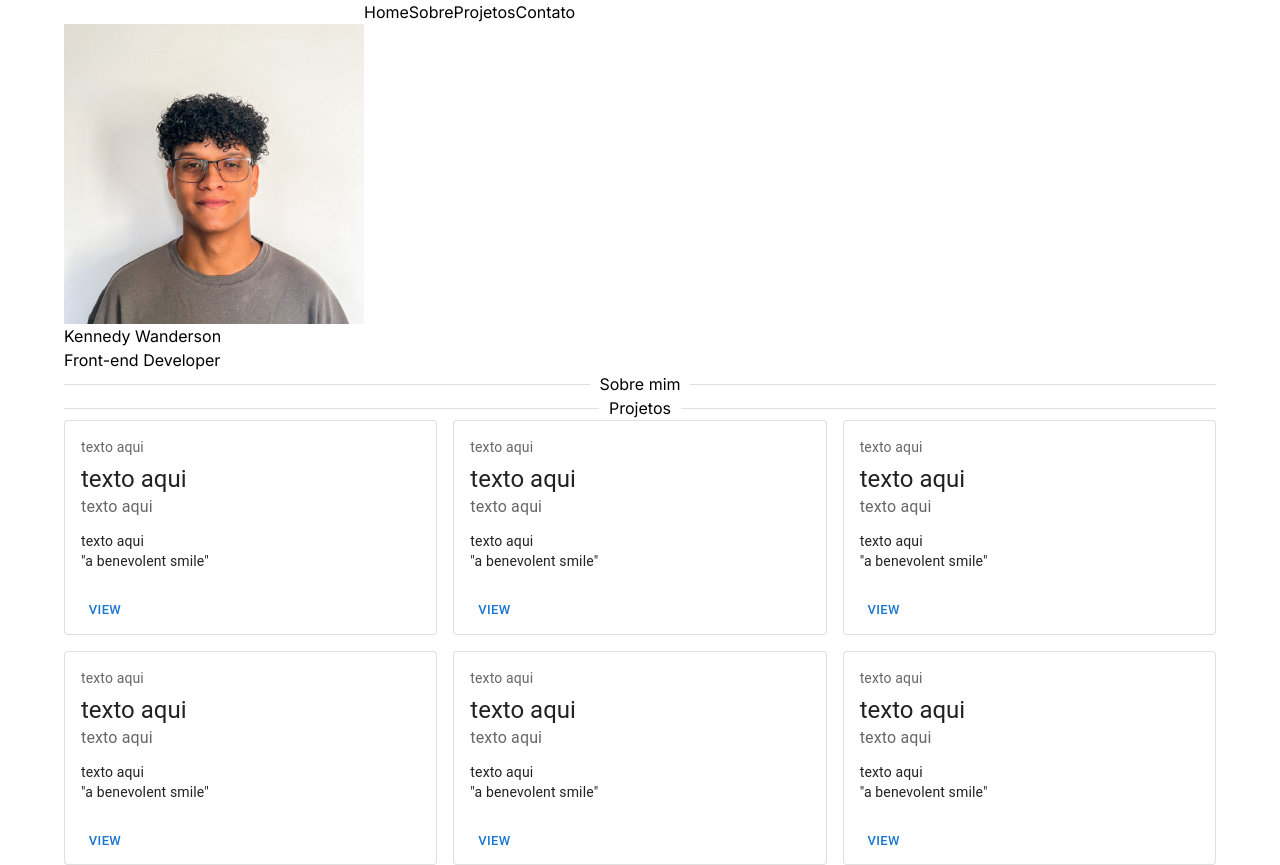
Repository: KennedyWanderson/landing
Page: /
An editor plug-in stored every save of this project. The page is shown before and after the next save, followed by the edit.
The browser window is 1280 px wide. The pictures show the whole page.
The project was rebuilt for these pictures with package versions that can differ from the ones it lists, and the page was loaded fresh each time. The framework's server and built-in components were replaced by stand-ins that run in the browser. Also part of the build but not shown: next.config.js.

Above is the page before, as saved 2024-01-07 10:47:55.

### src/app/page.tsx
import Content from "@/Components/Content";

export default function Home() {
  return (
    <div>
      <Content />
    </div>
  )
}

### src/app/globals.css
@tailwind base;
@tailwind components;
@tailwind utilities;

:root {
  --foreground-rgb: 0, 0, 0;
  --background-start-rgb: 214, 219, 220;
  --background-end-rgb: 255, 255, 255;
}

@media (prefers-color-scheme: dark) {
  :root {
    --foreground-rgb: 255, 255, 255;
    --background-start-rgb: 0, 0, 0;
    --background-end-rgb: 0, 0, 0;
  }
}


/* body {
  color: rgb(var(--foreground-rgb));
  background: linear-gradient(
      to bottom,
      transparent,
      rgb(var(--background-end-rgb))
    )
    rgb(var(--background-start-rgb));
} */

### src/Components/Content.tsx
import { Container } from "@mui/material";
import Header from "./Header";
import Image from "next/image";
import About from "./About";
import Grid from '@mui/material/Unstable_Grid2';
import Divider from '@mui/material/Divider';
import Projects from "./Projects";
import Contact from "./Contact";

export default function Content(){
    return(
        <Container>
            <Header />
            <Grid>
                <div className="flex flex-col items-center p-5 shadow-md rounded-xl bg-gray-100">
                    <div className="flex items-center justify-center tracking-wider space-x-6 ">
                        <Image className="rounded-full" src="/me.jpeg" alt="" width={300} height={300} />
                        <span className="font-bold font-mono no-italic text-2xl">Kennedy Wanderson <br></br> Front-end Developer</span>
                    </div>
                </div>
            </Grid>
            <Divider>Sobre mim</Divider>
            <Divider>Projetos</Divider>
            <div className="flex flex-col items-center">
                <About />
                {/* <Projects />
                <Contact /> */}
            </div>

        </Container>
    )
}

### src/Components/Header.tsx
import { Container } from "@mui/material";

export default function Header(){
    return(

        <Container maxWidth="sm">
            <div className="flex flex-col items-center m-5">
                <ul className="tracking-wider space-x-6">
                    <a href="#">
                        <span>Home</span>
                    </a>
                    <a href="#">
                        <span>Sobre</span>
                    </a>
                    <a href="#">
                        <span>Projetos</span>
                    </a>
                    <a href="#">
                        <span>Contato</span>
                    </a>
                </ul>
            </div>
        </Container>
    )
}

### src/Components/About.tsx
import * as React from 'react';
import Grid from '@mui/material/Grid';
import OutlinedCard from './Card';

export default function ResponsiveGrid() {
  return (
    <Grid container spacing={2}>
      {Array.from(Array(6)).map((_, index) => (
        <Grid item xs={12} sm={6} md={4} key={index}>
          <OutlinedCard />
        </Grid>
      ))}
    </Grid>
  );
}

### src/Components/Card.tsx
import * as React from 'react';
import Box from '@mui/material/Box';
import Card from '@mui/material/Card';
import CardActions from '@mui/material/CardActions';
import CardContent from '@mui/material/CardContent';
import Button from '@mui/material/Button';
import Typography from '@mui/material/Typography';
import gsap from 'gsap';

interface AboutProps {
    text: string;
    icone?: any;
    url?: string;
    className?: string;
    onClick?: (evento: any) => void;
}

function CardContentComponent(props: AboutProps) {

    function Card() {
        gsap.set(".information", { yPercent: 100 });

        gsap.utils.toArray(".container").forEach((container) => {
            let info = container.querySelector(".information"),
                silhouette = container.querySelector(".silhouette .cover"),
                tl = gsap.timeline({ paused: true });

            tl.to(info, { yPercent: 0 }).to(silhouette, { opacity: 0 }, 0);

            container.addEventListener("mouseenter", () => tl.timeScale(1).play());
            container.addEventListener("mouseleave", () => tl.timeScale(3).reverse());
        });
    }

    return (
        <React.Fragment>
            <CardContent>
                <Typography sx={{ fontSize: 14 }} color="text.secondary" gutterBottom>
                    {props.text}
                </Typography>
                <Typography variant="h5" component="div">
                    {props.text}
                </Typography>
                <Typography sx={{ mb: 1.5 }} color="text.secondary">
                    {props.text}
                </Typography>
                <Typography variant="body2">
                    {props.text}
                    <br />
                    {'"a benevolent smile"'}
                </Typography>
            </CardContent>
            <CardActions>
                <Button size="small">View</Button>
            </CardActions>
        </React.Fragment>
    );
}

export default function OutlinedCard() {
    return (
        <Box sx={{ minWidth: 275 }}>
            <Card variant="outlined">
                {/* Chama o componente CardContentComponent dentro do Card */}
                <CardContentComponent text=" texto aqui" />
            </Card>
        </Box>
    );
}

Loaded but not shown: src/app/layout.tsx (common file); tailwind.config.ts (common file)

After the next save:
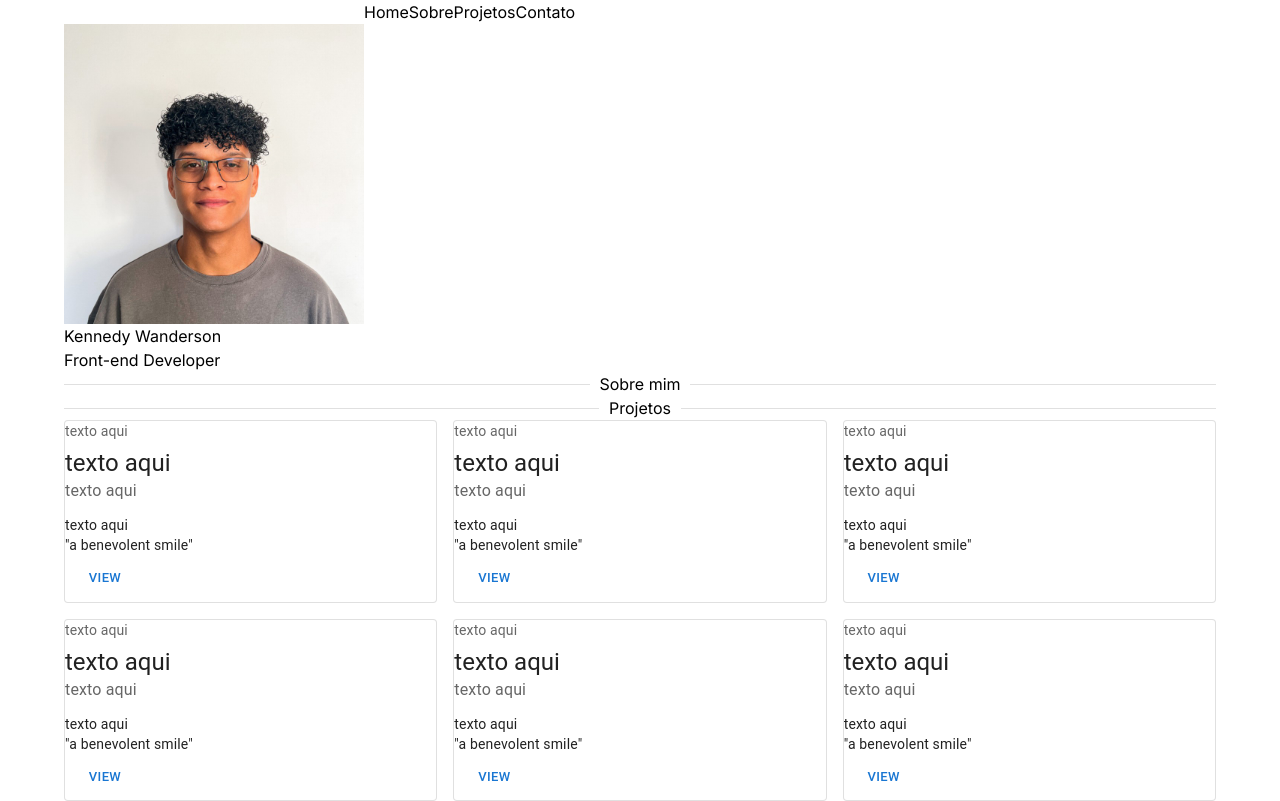
Saved 29 s later.
--- a/src/Components/Card.tsx
+++ b/src/Components/Card.tsx
@@ -34,7 +34,7 @@
 
     return (
         <React.Fragment>
-            <CardContent>
+            <CardContent class>
                 <Typography sx={{ fontSize: 14 }} color="text.secondary" gutterBottom>
                     {props.text}
                 </Typography>

After the save that followed:
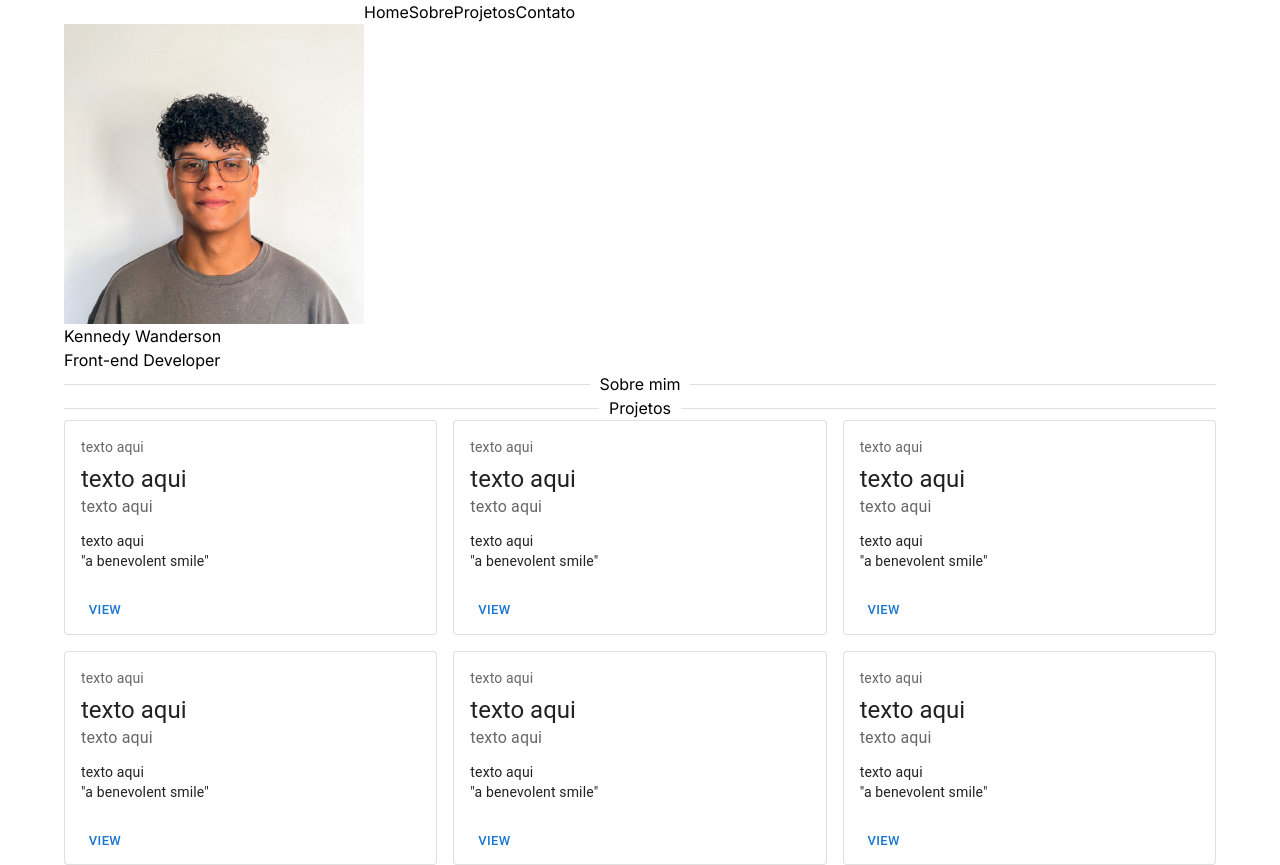
Saved 5 s later.
--- a/src/Components/Card.tsx
+++ b/src/Components/Card.tsx
@@ -34,7 +34,7 @@
 
     return (
         <React.Fragment>
-            <CardContent class>
+            <CardContent className='container'>
                 <Typography sx={{ fontSize: 14 }} color="text.secondary" gutterBottom>
                     {props.text}
                 </Typography>
